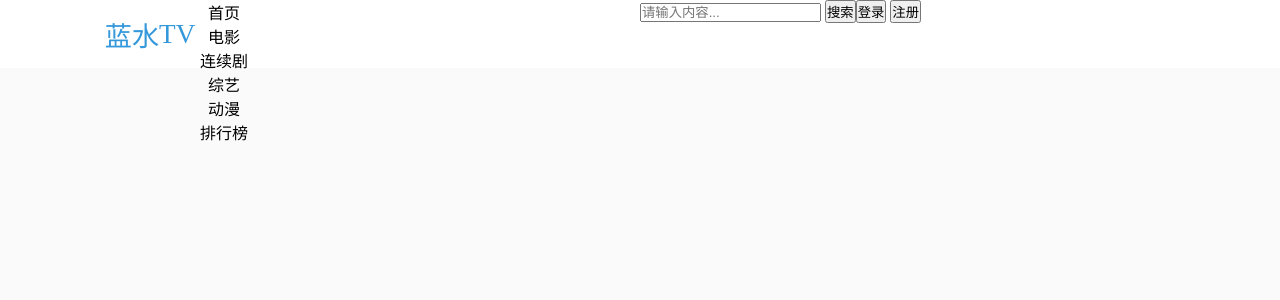
Repository: 842992406/blueWaterTV
Page: index.html
The author's editor kept a copy of each file at every save. The page is drawn from the files as they stood at one save, then again after the next save.
The browser window is 1280 px wide. The pictures show the whole page.

Above is the page before, as saved 2022-05-05 15:32:10.

### index.html
<!DOCTYPE html>
<html lang="en">

<head>
  <meta charset="UTF-8">
  <meta http-equiv="X-UA-Compatible" content="IE=edge">
  <meta name="viewport" content="width=device-width, initial-scale=1.0">
  <title>蓝水TV</title>
  <link rel="stylesheet" href="./css/index.css">
</head>

<body>
  <!-- 头界面 -->
  <header>
    <!-- logo -->
    <div class="logo">
      <ul>
        <li>蓝</li>
        <li>水</li>
        <li>TV</li>
      </ul>
    </div>
    <!-- 导航栏 -->
    <div class="changeBox">
      <ul>
        <li>首页</li>
        <li>电影</li>
        <li>连续剧</li>
        <li>综艺</li>
        <li>动漫</li>
        <li>排行榜</li>
      </ul>
    </div>
    <div class="search">
      <input type="text" name="" id="" placeholder="请输入内容...">
      <button type="submit">搜索</button>
    </div>
    <!-- 登录注册按钮 -->
    <div class="userLogin">
      <button type="submit">登录</button>
      <button type="submit">注册</button>
    </div>
  </header>
  <!-- 主界面 -->
  <main></main>
  <!-- 脚页面 -->
  <footer></footer>
</body>

</html>

### css/index.css
*{
  padding: 0;
  margin: 0;
  box-sizing: border-box;
}

body{
  width: 100vw;
  height: 100vh;
  background-color: rgb(250, 250, 250);
}

/* 所有的 li 的前面的点都去掉 */
li{
  list-style: none;
}

header{
  width: 100vw;
  height: 68px;
  background-color: rgb(255, 255, 255);
  display: flex;
  padding:0 80px;
}

.logo>ul{
  width: 100px;
  height: 100%;
  display: flex;
  font-size: 1.7em;
  justify-content: center;
  align-items: center;
  margin-left: 20px;
  color: #3498db;
  /* 鼠标变为小手 */
  cursor: pointer;
}

.logo>ul li {
  transition: 1s;
}
/* logo的第一个单词 */
.logo>ul>li:nth-of-type(1):hover{
  transform: rotate(360deg);
  color: aqua;
}
/* logo的第二个单词 */
.logo>ul>li:nth-of-type(2):hover{
  transform: scale(1.2);
  color: #f1c40f;
}
/* logo的第三个单词 */
.logo>ul>li:nth-of-type(3):hover{
  transform: rotate(360deg);
  color: #60a3bc;
}

/* 导航栏 */
.changeBox{
  width: 440px;
  height: 100%;
  display: flex;
}

.changeBox>ul>li{
  display: flex;

  justify-content: center;
  align-items: center;
}

.changeBox>ul li{
  display: flex;
}

After the next save:
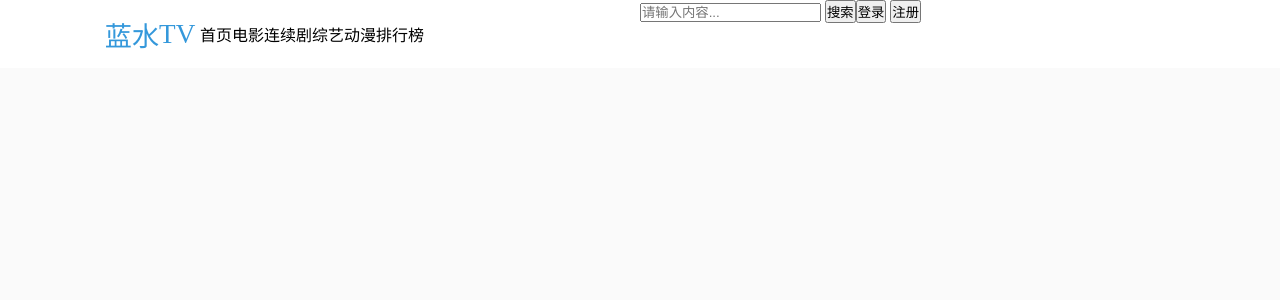
Saved 10 s later.
--- a/css/index.css
+++ b/css/index.css
@@ -62,10 +62,9 @@ header{
   display: flex;
 }
 
-.changeBox>ul>li{
+.changeBox>ul{
   display: flex;
-
-  justify-content: center;
+  justify-content: space-around;
   align-items: center;
 }
 
